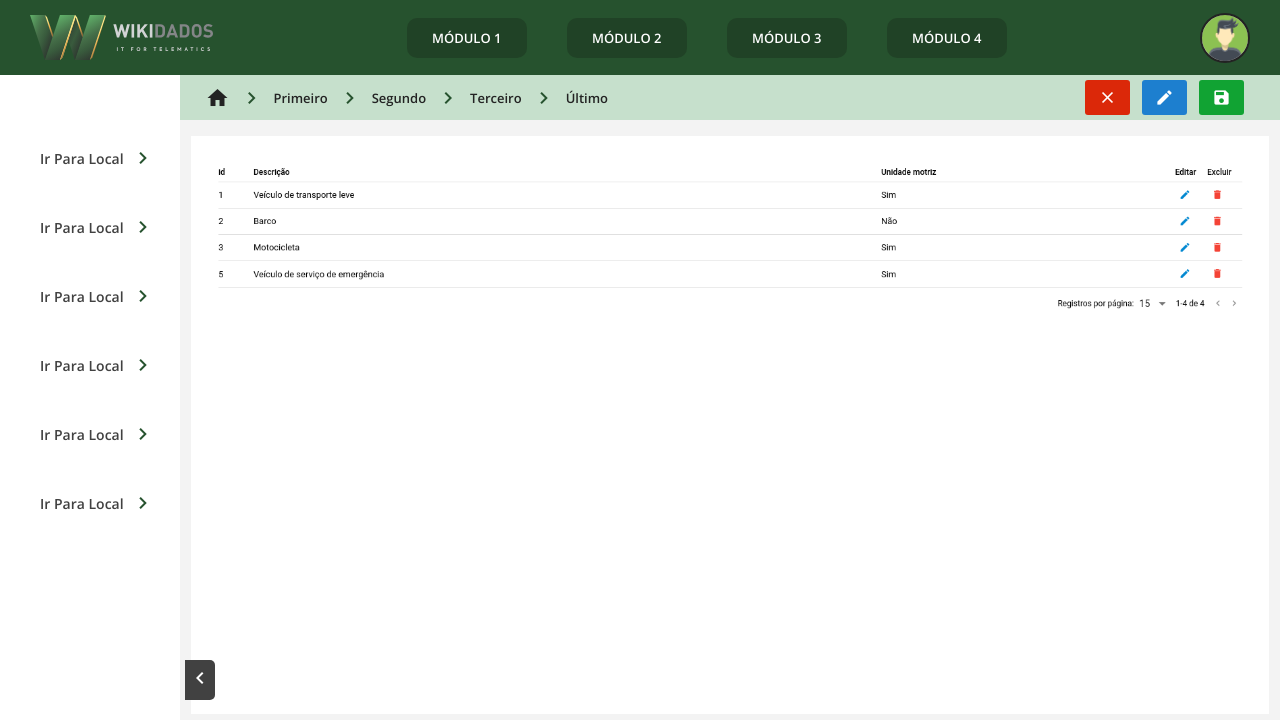
Repository: AlexDjon/alexdjon.github.io
Page: wiki-relayout/index.html
An editor plug-in stored every save of this project. The page is shown before and after the next save, followed by the edit.
The browser window is 1280 px wide. The pictures show the whole page.

Above is the page before, as saved 2020-08-12 16:54:02.

### wiki-relayout/index.html
<!DOCTYPE html>
<html lang="pt-br">

<head>
  <meta charset="UTF-8">
  <meta name="viewport" content="width=device-width, initial-scale=1.0">
  <title>Wiki - Relayout</title>

  <link rel="shotcut icon" href="https://wikidados.com.br/assets/wiki/img/logos/favicon.ico">
  <link href="https://fonts.googleapis.com/icon?family=Material+Icons" rel="stylesheet">
  <link href="https://fonts.googleapis.com/css2?family=Open+Sans:wght@400;600;700&display=swap" rel="stylesheet">
  <link rel="stylesheet" href="css/styles.css">
</head>

<body>
  <header class="cabecalho">
    <img src="img/logo.svg" alt="Logo Wiki" class="logo">

    <div class="modulos">
      <button>Módulo 1</button>
      <button>Módulo 2</button>
      <button>Módulo 3</button>
      <button>Módulo 4</button>
    </div>

    <button class="user">
    </button>
  </header>

  <aside class="areas">
    <ul>
      <li><i class="material-icons">donut_large</i> Editar perfil</li>
      <li><i class="material-icons">grade</i> Favoritos</li>
      <li><i class="material-icons">history</i> Histórico</li>
      <li><i class="material-icons">power_settings_new</i> Sair</li>
    </ul>
  </aside>

  <main class="conteudo">
    <nav class="navbar">
      <ul class="menu">
        <li>Ir para local <i class="material-icons">chevron_right</i></li>
        <li>Ir para local <i class="material-icons">chevron_right</i></li>
        <li>Ir para local <i class="material-icons">chevron_right</i></li>
        <li>Ir para local <i class="material-icons">chevron_right</i></li>
        <li>Ir para local <i class="material-icons">chevron_right</i></li>
        <li>Ir para local <i class="material-icons">chevron_right</i></li>
      </ul>

      <button class="close">
        <i class="material-icons">chevron_left</i>
      </button>
    </nav>

    <div class="meio">
      <div class="barra">
        <ul class="caminho">
          <li>
            <i class="material-icons">home</i>
          </li>
          <li id="separator">
            <i class="material-icons">chevron_right</i>
          </li>
          <li>
            Primeiro
          </li>
          <li id="separator">
            <i class="material-icons">chevron_right</i>
          </li>
          <li>
            Segundo
          </li>
          <li id="separator">
            <i class="material-icons">chevron_right</i>
          </li>
          <li>
            Terceiro
          </li>
          <li id="separator">
            <i class="material-icons">chevron_right</i>
          </li>
          <li>
            Último
          </li>
        </ul>

        <div class="list-buttons">
          <button>
            <i class="material-icons">close</i>
          </button>
          <button>
            <i class="material-icons">edit</i>
          </button>
          <button>
            <i class="material-icons">save</i>
          </button>
        </div>
      </div>

      <div class="viewer">
        <img src="img/tabela-exemplo.png" alt="Tabela">
      </div>
    </div>

  </main>

  <script src="js/scripts.js"></script>
</body>

</html>

### wiki-relayout/css/styles.css
* {
  padding: 0;
  margin: 0;
  font-weight: 100%;
  font-family: 'Open Sans', sans-serif;
  border: 0;
  outline: 0;
  box-sizing: border-box;
}

body {
  background: #f3f3f3;
}

:root {
  --verdeW: #26522e;
  --verdeW2: #204226;
  --verdeW-semi: #c6e0cc;
  --verde: #32a852;
  --black: #232323;
  --black2: #414141;
  --white: #ffffff;
  --grey: #3b3b3b;
  --shadow: -4px 4px 8px 0px rgba(10, 10, 10, 0.27);
  --cabecalhoY: 75px;
  --barrY: 45px;
}

/* CABECALHO */
.cabecalho {
  width: 100%;
  height: var(--cabecalhoY);
  background: var(--verdeW);
  padding: 10px 30px;
  display: flex;
  justify-content: space-between;
  align-items: center;
}

.cabecalho .logo {
  height: 45px;
}

.cabecalho .modulos {
  display: flex;
}
.cabecalho .modulos button {
  margin: 0 20px;
  width: 120px;
  height: 40px;
  border-radius: 10px;
  background-color: var(--verdeW2);
  color: var(--white);
  font-size: 13px;
  text-transform: uppercase;
  font-weight: 600;
  cursor: pointer;
  transition: filter 0.3s;
}
.cabecalho .modulos button:hover {
  filter: brightness(90%);
}
.cabecalho .user {
  height: 50px;
  width: 50px;
  border-radius: 50%;
  border: solid 2px var(--black);

  background-image: url(../img/avatar1.png);
  background-size: cover;
  background-position: center center;

  cursor: pointer;
}

/* AREAS */
.areas {
  display: none;
  min-width: 180px;
  position: absolute;
  top: var(--cabecalhoY);
  right: 0;
  background-color: var(--white);
  box-shadow: var(--shadow);
}
.areas.ativo {
  display: block;
}
.areas ul {
  list-style: none;
  padding: 10px 20px 10px 40px;
}
.areas ul li {
  margin: 17px 0;
  font-size: 15px;
  color: var(--black2);

  display: flex;
  justify-content: flex-start;
  align-items: center;
  transition: color 0.3s;
  cursor: pointer;
}
.areas ul li:hover {
  color: var(--black);
}
.areas ul li i {
  margin-right: 8px;
  font-size: 17px;
  color: var(--verdeW);
}


/* NAVBAR */
.navbar {
  width: 210px;
  height: calc(100vh - var(--cabecalhoY));
  background: var(--white);
  /* border-bottom: solid 20px var(--verdeW); */
}
.navbar .menu {
  padding: 50px 0 50px 30px;
  display: flex;
  flex-direction: column;
  justify-content: flex-start;
  align-items: flex-start;
  list-style: none;
}
.navbar .menu li {
  margin: 14px 0;
  text-transform: capitalize;
  font-weight: 600;
  color: var(--black2);
  font-size: 14px;
  padding: 7px 3px 10px 10px;
  /* border-bottom: solid 1px var(--white);
  border-radius: 0 0 5px 0; */

  display: flex;
  justify-content: space-between;
  align-items: center;

  cursor: pointer;
}
.navbar .menu li i {
  margin-left: 7px;
  color: var(--black2);
}
.navbar .menu li i {
  color: var(--verdeW);
}
.navbar .close {
  position: absolute;
  bottom: 20px;
  width: 30px;
  border-radius: 0 5px 5px 0;
  height: 40px;
  background: var(--black2);
  left: 184.92px;
  margin: 0;
  cursor: pointer;
  transition: filter 0.3s;
}
.navbar .close:hover {
  filter: brightness(110%);
}
.navbar .close i {
  color: var(--white);
}


/* CONTEUDO */
.conteudo {
  width: 100%;
  height: calc(100vh - var(--cabecalhoY));

  display: flex;
}

.meio {
  width: 100%;
  display: flex;
  flex-direction: column;
}

.meio .barra {
  width: 100%;
  height: var(--barrY);
  padding: 0 20px;
  margin-bottom: 10px;
  background-color: var(--verdeW-semi);
  display: flex;
  justify-content: space-between;
  align-items: center;
}
/*
.meio .barra div#separator span i {
  margin: 0 5px;
  color: var(--verdeW);
} */
.meio .barra .caminho {
  height: var(--barrY);
  display: flex;
  align-items: center;
  list-style: none;
}
.meio .barra .caminho li {
  height: var(--barrY);
  margin: 0 5px;
  font-size: 13px;
  font-weight: 600;
  color: var(--black);
  display: flex;
  align-items: center;
}
.meio .barra .caminho li:not(#separator) {
  cursor: pointer;
}

.meio .barra .caminho li#separator {
  color: var(--verdeW);
}

.list-buttons {
  margin: 0 10px;
  display: flex;
}
.list-buttons button {
  height: 35px;
  width: 45px;
  margin: 0 6px 0 6px;
  border-radius: 3px;
  display: flex;
  justify-content: center;
  align-items: center;
  /* border: solid 1px var(--white); */
  background: var(--verdeW2);
  cursor: pointer;
}
.list-buttons button i {
  font-size: 19px;
  color: var(--white);
}
.list-buttons button:nth-child(1) {
  background: #db2809;
}
.list-buttons button:nth-child(2) {
  background: #1d7fcf;
}
.list-buttons button:nth-child(3) {
  background: #11a333;
}

/* VIEWER */
.viewer {
  width: 98%;
  margin: 6px 1%;
  padding: 20px;
  height: calc(100vh - calc(var(--cabecalhoY) + var(--barrY)) - 12px);
  background-color: var(--white);
  display: flex;
  justify-content: center;
  align-items: flex-start;
}

.viewer img {
  width: 100%;
}

### wiki-relayout/js/scripts.js
function getItem (info) {
  return document.querySelector(info)
}

getItem('.user').addEventListener('click', () => {
  getItem('.areas').classList.toggle('ativo')
})

getItem('.navbar .close').addEventListener('click', function () {
  getItem('.navbar').classList.toggle('ativo')

  const changeOrGet = (context, value, action = 'get') => {
    if (action == 'get')
      return context.firstElementChild.textContent
    else if (action == 'change')
      context.firstElementChild.textContent = value
  }

  const icon = changeOrGet(this)

  if (icon === 'chevron_left') {
    changeOrGet(this, 'chevron_right', 'change')
  }
  else {
    changeOrGet(this, 'chevron_left', 'change')
  }
})

After the next save:
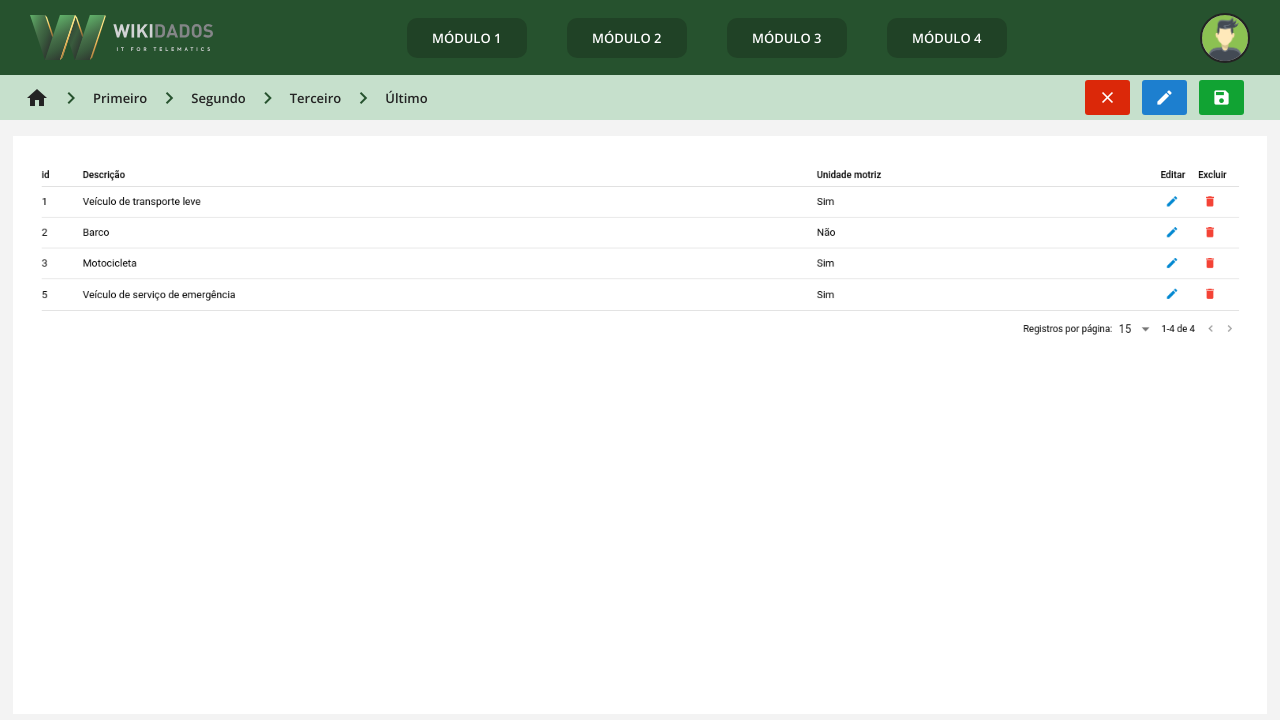
Saved 26 s later.
--- a/wiki-relayout/css/styles.css
+++ b/wiki-relayout/css/styles.css
@@ -114,9 +114,13 @@
 /* NAVBAR */
 .navbar {
   width: 210px;
+  display: none;
   height: calc(100vh - var(--cabecalhoY));
   background: var(--white);
   /* border-bottom: solid 20px var(--verdeW); */
+}
+.navbar.ativo {
+  display: flex;
 }
 .navbar .menu {
   padding: 50px 0 50px 30px;

After the save that followed:
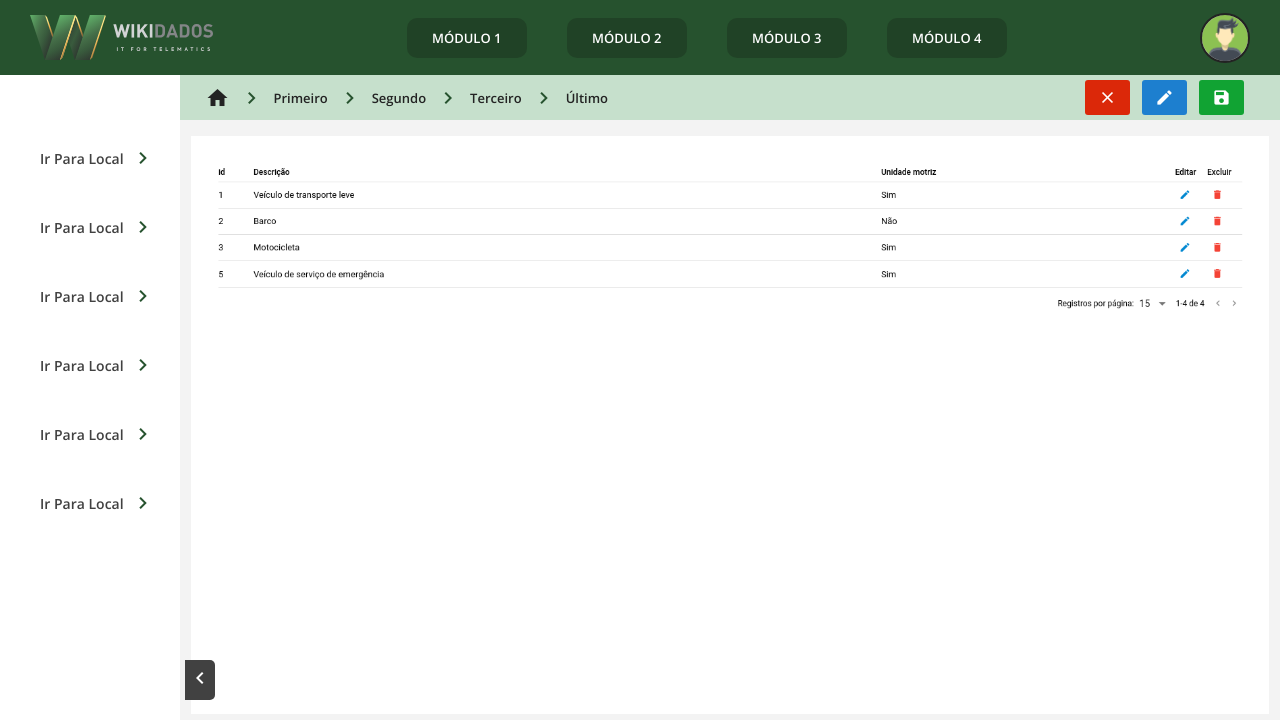
Saved 2 min 27 s later.
--- a/wiki-relayout/css/styles.css
+++ b/wiki-relayout/css/styles.css
@@ -114,13 +114,12 @@
 /* NAVBAR */
 .navbar {
   width: 210px;
-  display: none;
   height: calc(100vh - var(--cabecalhoY));
   background: var(--white);
   /* border-bottom: solid 20px var(--verdeW); */
 }
 .navbar.ativo {
-  display: flex;
+  width: 0;
 }
 .navbar .menu {
   padding: 50px 0 50px 30px;
